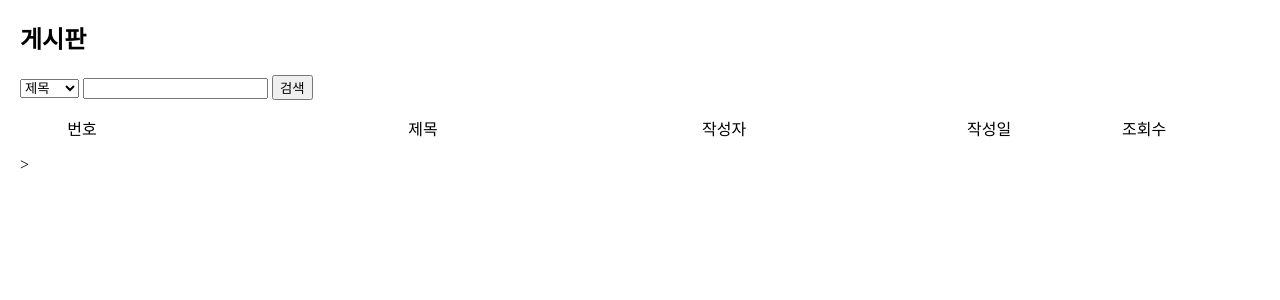
Repository: anydevil0812/board_subject
Page: http://localhost/board/main.jsp
An editor plug-in stored every save of this project. The page is shown before and after the next save, followed by the edit.
The browser window is 1280 px wide. The pictures show the whole page.
The page is served by Tomcat 9.

Above is the page before, as saved 2024-10-25 04:37:48.

After the next save:
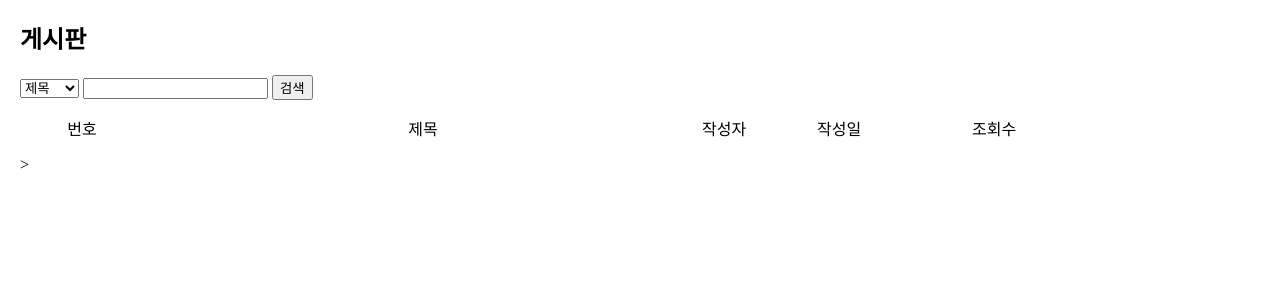
Saved 8 s later.
--- a/board/src/main/webapp/css/1.css
+++ b/board/src/main/webapp/css/1.css
@@ -33,13 +33,6 @@ body {
 	width: 15%
 }
 
-
-#writer {
-	margin-right: 150px;
-}
-
-
-
 .post-title {
     font-weight: bold;
     font-size: 1.2em;
